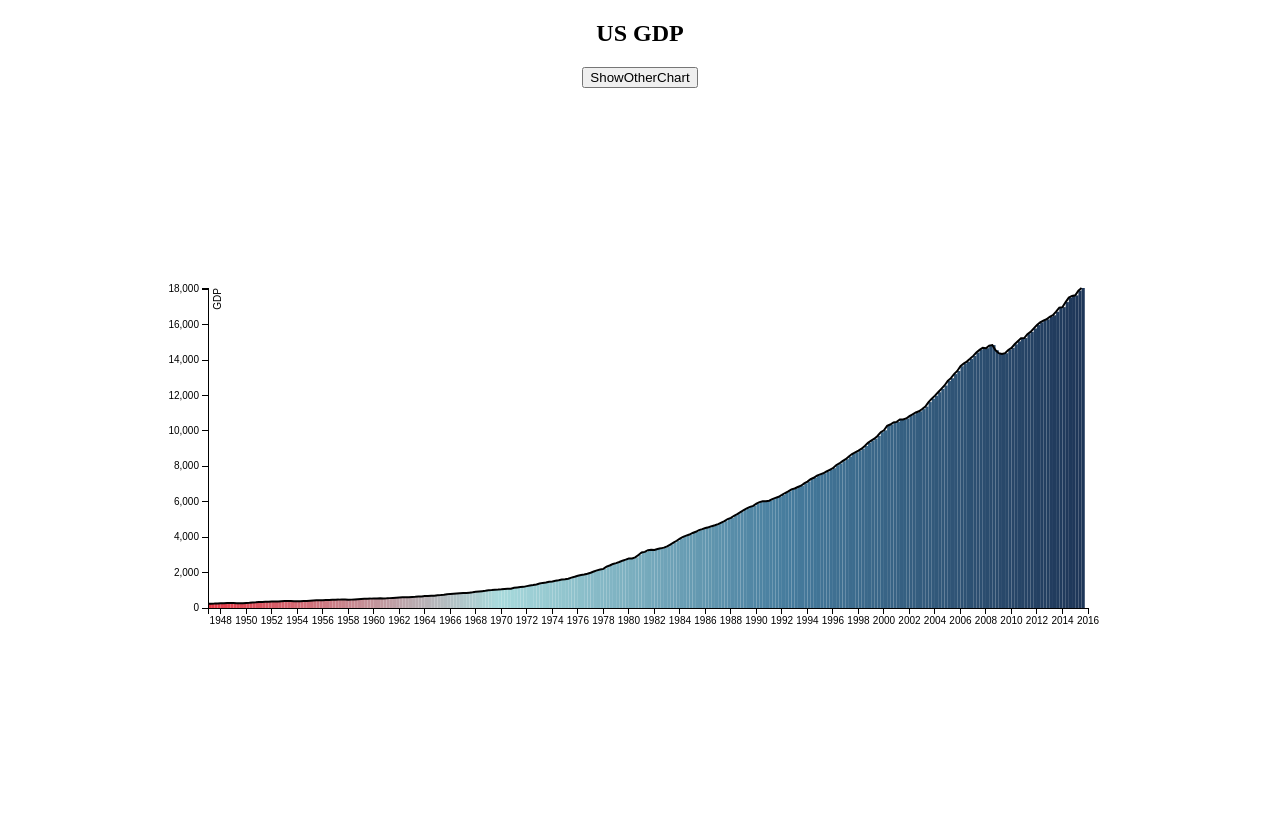
Repository: zizhang-AI/d3-barChart
Page: hello-world.html
The author's editor kept a record of every edit. The page is drawn from the files as they stood at one moment, then again after the next edit.
The browser window is 1280 px wide. The page is 1288 px wide, so the pictures cover 1288 px, including what lies to the right of the window. The pictures show the whole page.

Above is the page before.

### hello-world.html
<!DOCTYPE html>
<html lang="en-us">
<head>
	<meta charset="utf-8">
	<title>BarChartD3</title>
</head>
<style type="text/css">
	#header {
		text-align: center;
	}
	.axis text {
	  font: 10px sans-serif;
	}
	.axis path,
	.axis line {
	  fill: none;
	  stroke: #000;
	  shape-rendering: crispEdges;
	}
	.area {
		fill: url(#areaGradientFill);
		stroke-width: 0;
	}
	.line {
		fill: none;
		stroke-width: 2px;
		stroke: black;
	}
</style>
<body>
	<section id='header'>
		<h1>US GDP</h1>
		<button>ShowOtherChart</button>
	</section>
	<script type="text/javascript" src="d3.min.js" charset="utf-8"></script>
	<script type="text/javascript">

	d3.json("GDP-data.json", function(error, json) {
	  if (error) return console.warn(error);
	  data = json;
	  visualizeIt();
	});
	function visualizeIt() {
		let format = d3.time.format('%Y-%m-%d'),
			margin = {top: 200, right: 200, bottom: 200, left: 200},
			width = window.innerWidth,
			height = window.innerHeight;
		for (let i in data.data) {
			data.data[i][0] = format.parse(data.data[i][0]);
		}
		let xScale = d3.time.scale()
						.domain([d3.time.year(format.parse(data.from_date)),
								d3.time.year.offset(d3.time.year(format.parse(data.to_date)),1)])
						.range([0, width - margin.left - margin.right]);
		// range band
		// note that the array using this function is [0, length-1], exactly what you want
		// The problem is that it does not match with the time scale
		// you have to use minDate = new Date(data.fromDate)
		// let xOrdinalScale = d3.scale.ordinal()
		// 						.domain(d3.range(0,data.data.length,1))
		// 						.rangeBands([0, width - margin.left - margin.right], -0.1);
		console.log(d3.range(0,data.data.length,1));
		console.log("I'm loving it");
		let yScale = d3.scale.linear()
						.domain([d3.max(data.data.map(function (d) {return d[1];})),0])
						.range([0, height - margin.top - margin.bottom]);
		let colorScale = d3.scale.linear()
						.domain([0,data.data.length*0.33, data.data.length*0.66, data.data.length])
						.range(['#e63946','#a8dadc','#457b9d','#1d3557']);

		let svg = d3.select('body')
						.append('svg')
						.attr({
							'width': width,
							'height': height,
						})
					.append('g')
						.attr('transform', 'translate(' + margin.left + ',' + margin.top + ')');
		///it is to be noted that directly translate svg does not work for Chrome, but appending a 'g' before translation works.
		let xAxis = d3.svg.axis()
						.scale(xScale)
						.ticks(d3.time.years, 2)
						.orient('bottom');
		let yAxis = d3.svg.axis()
						.scale(yScale)
						.orient('left');
		let offsetXAxis = height-margin.top - margin.bottom;

	  svg.append('defs')
	  		.append("linearGradient")
			.attr("id", "areaGradientFill")
			.attr("gradientUnits", "userSpaceOnUse")
			.attr("x1", 0)
			.attr("y1", height - margin.top - margin.bottom)
			.attr("x2", width - margin.left - margin.right)
			.attr("y2", height - margin.top - margin.bottom)
		.selectAll("stop")
			.data([
			{offset: "0%", color: "#e63946"},
			{offset: "33%", color: "#a8dadc"},
			{offset: "66%", color: "#457b9d"},
			{offset: "100%", color: "#1d3557"}
			])
			.enter().append("stop")
			.attr("offset", function(d) { return d.offset; })
			.attr("stop-color", function(d) { return d.color; });


		svg.selectAll('.bar')
				.data(data.data)
			.enter().append('rect')
				.attr('class','bar')
				.attr('x',function(d){return xScale(d[0]);})
				.attr('y', function(d){return height - margin.top - margin.bottom;})
				.attr('fill', function(d,i){return colorScale(i);})
				.attr('width',(width - margin.left - margin.right)/data.data.length)
				.attr('height',0);
		///since the bar is drawn from top to bottom, you need to transition two properties.
		svg.selectAll('.bar')
			.transition()
			.duration(1000) //the duration change will bring very desirable animation!!
			.ease('elastic')
			.delay(function(d, i) {return i*2;})
			.attr('height', function(d){return height - yScale(d[1]) - margin.top - margin.bottom;})
			.attr('y',function(d) {return yScale(d[1]);});

		/*transition to area chart*/
		let area = d3.svg.area()
						// .interpolate('monotone')
						.x(function(d) {return xScale(d[0]);})
						.y0(height-margin.top-margin.bottom)
						.y1(function(d) {return yScale(d[1]);});
		svg.append('path')
			.datum(data.data)
			.attr('class','area')
			// .style('fill', 'url(#areaGradientFill)') //this also works
			.attr('d',area);

		let line = d3.svg.line()
						// .interpolate('monotone')
						.x(function(d){return xScale(d[0]);})
						.y(function(d){return yScale(d[1]);});
		svg.append('path')
			.datum(data.data)
			.attr('class','line')
			.attr('d',line);
		let t = d3.transition().duration(1000).ease('bounce');

		area = d3.svg.area()
						// .interpolate('monotone')
						.x(function(d) {return xScale(d[0]);})
						.y0(height-margin.top-margin.bottom)
						.y1(height-margin.top-margin.bottom);

		t.selectAll('.area')
			.attr('d',area);
		line = d3.svg.line()
						// .interpolate('monotone')
						.x(function(d){return xScale(d[0]);})
						.y(function(d){return yScale(d[1]);});
		t.selectAll('.line')
			.attr('d',line);
		svg.append('g')
			.attr('class','x axis')
			.attr('transform','translate(0,'+ offsetXAxis +')')
			.call(xAxis);
		svg.append('g')
			.attr('class','y axis')
			.call(yAxis)
			.append('text')
			.attr('transform','rotate(-90)')
			.attr('y',6)
			.attr('dy', '.71em')
			.style('text-anchor','end')
			.text('GDP');

	}
	</script>
</body>

</html>

Loaded but not shown: d3.min.js (library); GDP-data.json (common file)

After the next edit:
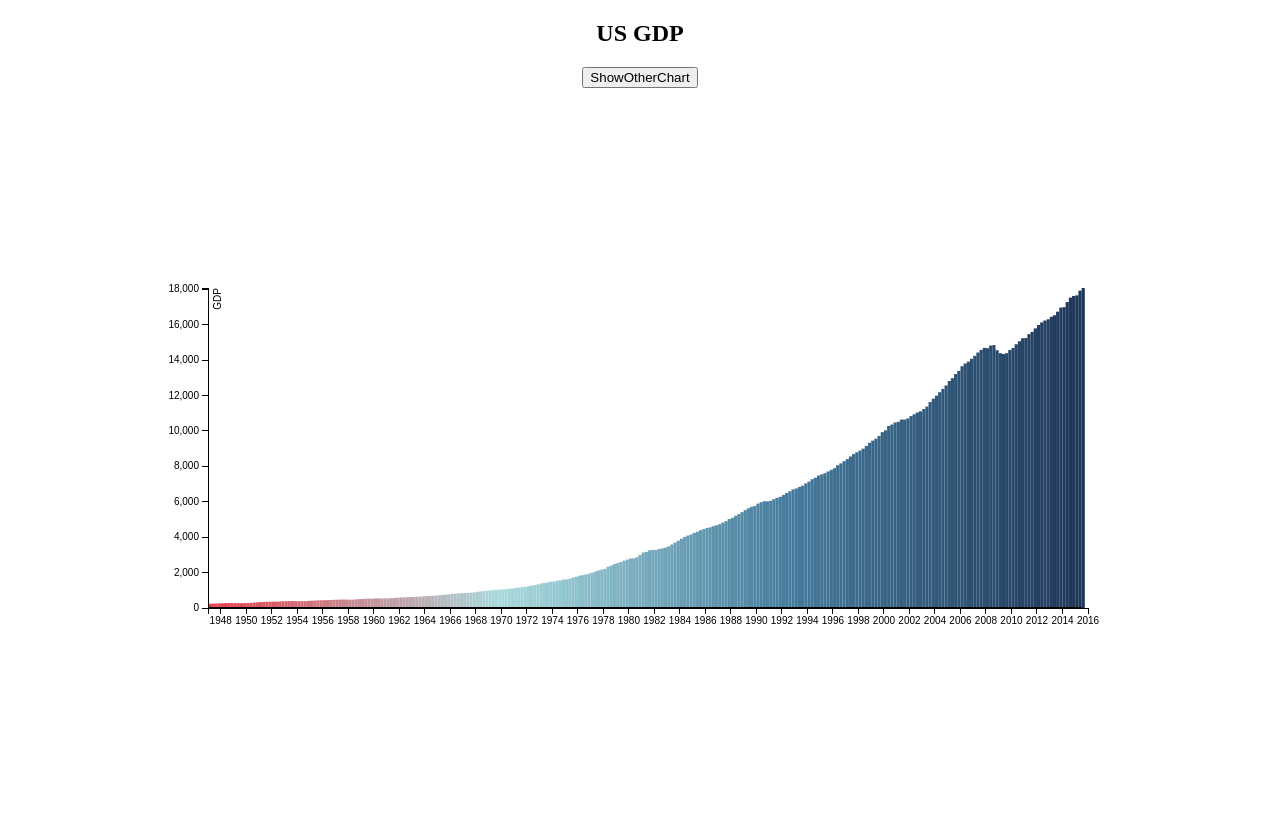
The edit:
--- a/hello-world.html
+++ b/hello-world.html
@@ -157,7 +157,7 @@
 		line = d3.svg.line()
 						// .interpolate('monotone')
 						.x(function(d){return xScale(d[0]);})
-						.y(function(d){return yScale(d[1]);});
+						.y(height - margin.top - margin.bottom);
 		t.selectAll('.line')
 			.attr('d',line);
 		svg.append('g')
